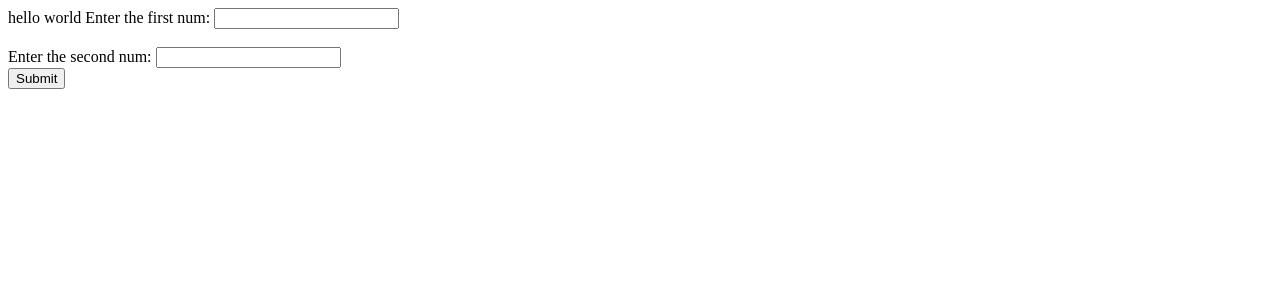
Repository: shakil51298/JSP_PROJECT
Page: DemoProject/src/main/webapp/index.html
An editor plug-in stored every save of this project. The page is shown before and after the next save, followed by the edit.
The browser window is 1280 px wide. The pictures show the whole page.

Above is the page before, as saved 2022-02-22 12:00:34.

### DemoProject/src/main/webapp/index.html
<!DOCTYPE html>
<html>
<body>
hello world
<from action="add">
Enter the first num: <input type="text" name="num1"/> <br/>
<br/>
Enter the second num: <input type="text" name="num2"/>
<br/>
<input type ="submit">
</from>
</body>
</html>

After the next save:
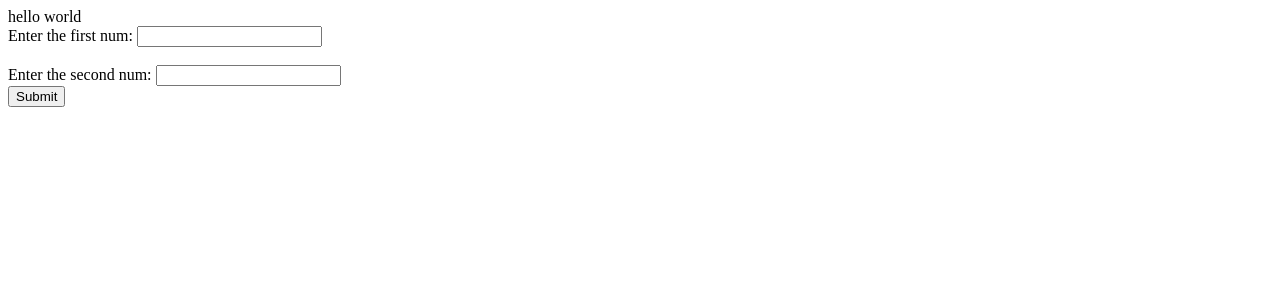
Saved 78 s later.
--- a/DemoProject/src/main/webapp/index.html
+++ b/DemoProject/src/main/webapp/index.html
@@ -2,12 +2,12 @@
 <html>
 <body>
 hello world
-<from action="add">
+<form action="add">
 Enter the first num: <input type="text" name="num1"/> <br/>
 <br/>
 Enter the second num: <input type="text" name="num2"/>
 <br/>
 <input type ="submit">
-</from>
+</form>
 </body>
 </html>
